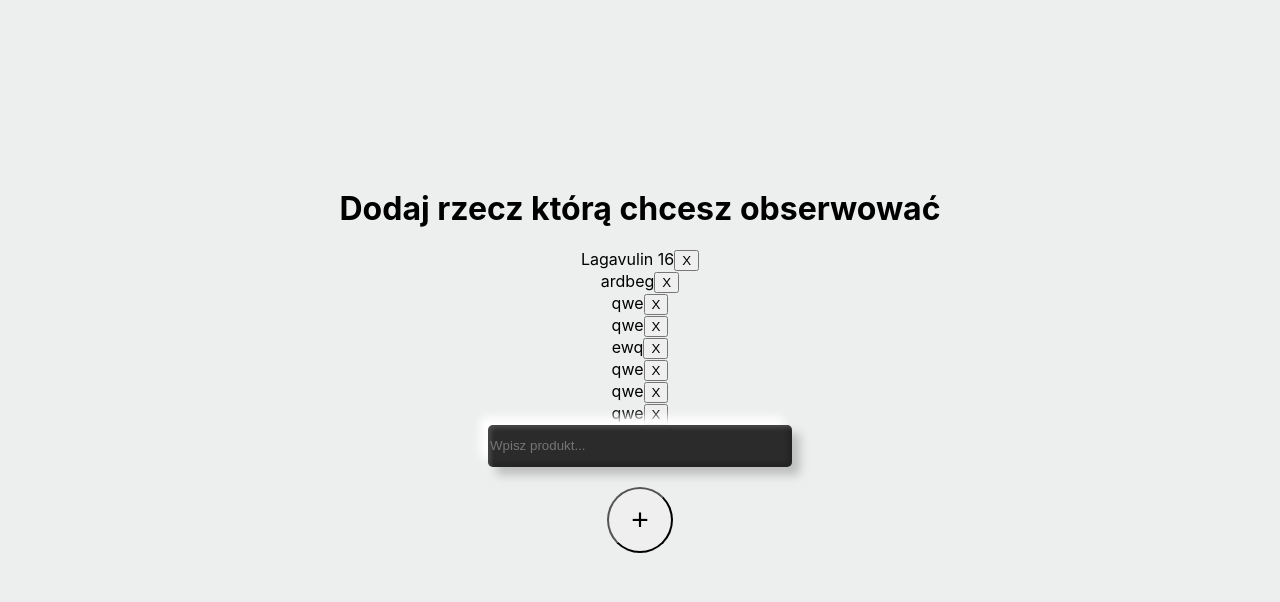
Repository: matedoo/crawler
Page: /MainApp
An editor plug-in stored every save of this project. The page is shown before and after the next save, followed by the edit.
The browser window is 1280 px wide. The pictures show the whole page.
The project was rebuilt for these pictures with package versions that can differ from the ones it lists, and the page was loaded fresh each time. Requests to the local data server were answered from the project's data file. Also part of the build but not shown: src/Components/button.js, src/Components/LoginComponents/LoginApp.js, src/Components/LoginComponents/RegisterApp.js, src/Components/btnContainer.js, src/Components/heading.js, src/Components/LoginComponents/StartApp.js.

Above is the page before, as saved 2020-05-01 18:15:14.

After the next save:
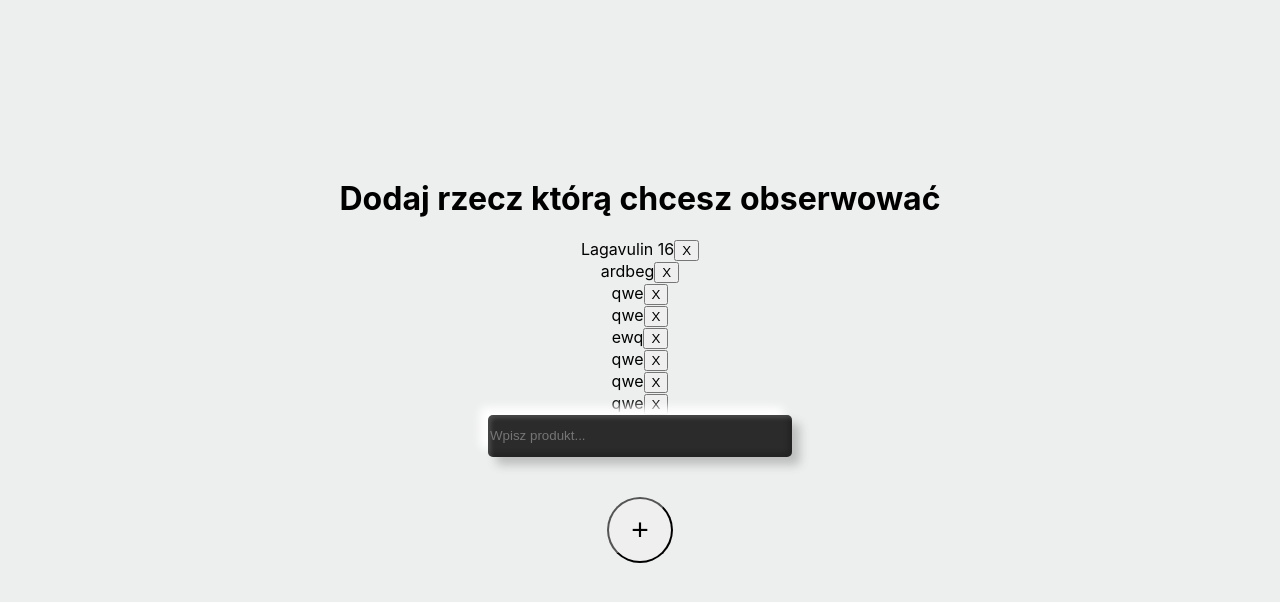
Saved 8 s later.
--- a/src/Components/MainApp/MainApp.js
+++ b/src/Components/MainApp/MainApp.js
@@ -156,7 +156,7 @@ const AddButton = styled.button`
   color: #000;
   border-radius: 50px;
   font-size: 30px;
-  margin-top: 20px;
+  margin-top: 40px;
   &:before{
     position: relative;
     content:"+";
